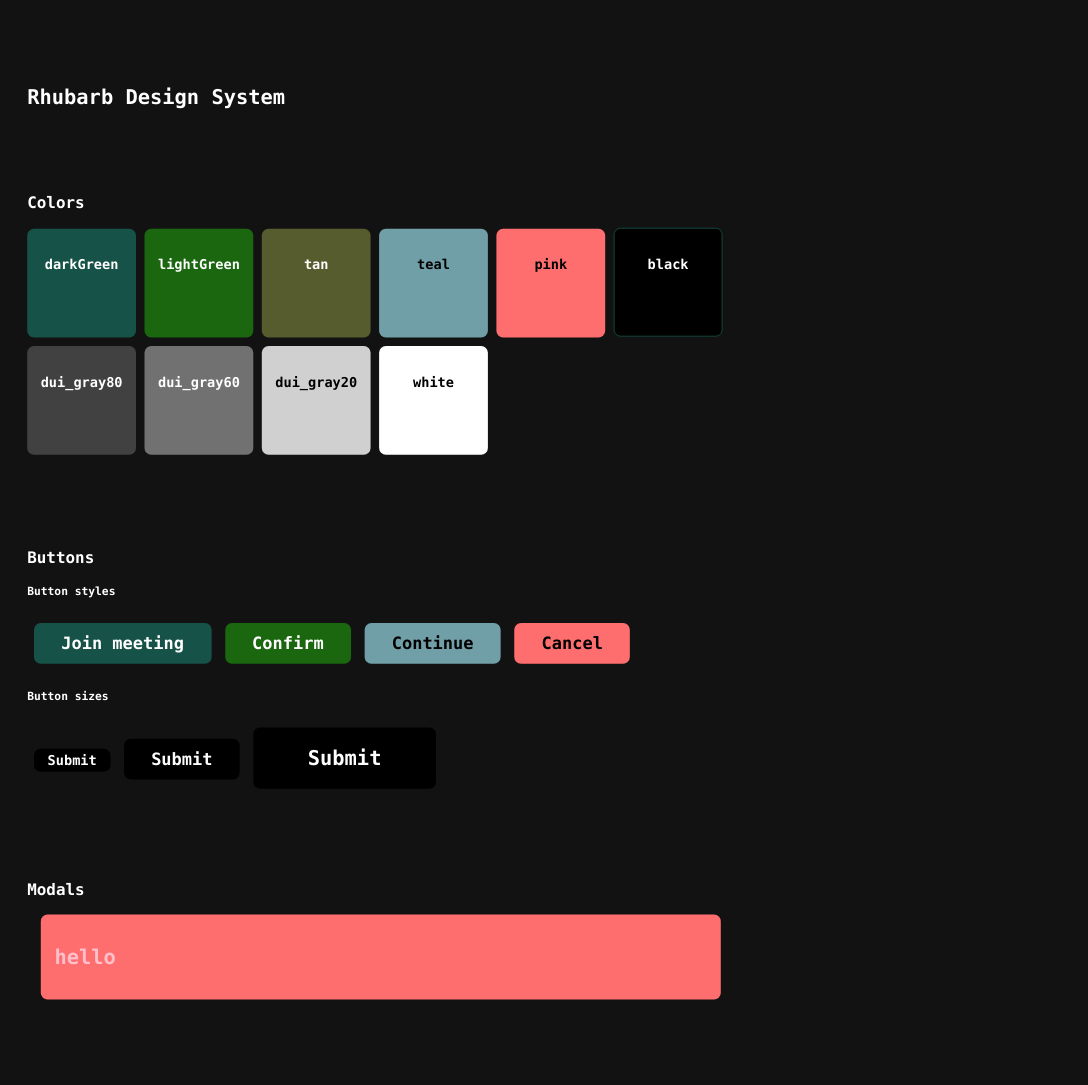
Repository: kttalley/designing-with-data_react-class
Page: / (app in lesson6_design-system-component-extension/)
The author's editor kept a copy of each file at every save. The page is drawn from the files as they stood at one save, then again after the next save.
The browser window is 1280 px wide. The pictures show the whole page, at 85% of full size.
The project was rebuilt for these pictures with package versions that can differ from the ones it lists, and the page was loaded fresh each time. Imported but missing from the stored project, and not drawn on this page: lesson6_design-system-component-extension/src/Rhubarb/Input.

Above is the page before, as saved 2023-08-31 14:50:37.

After the next save:
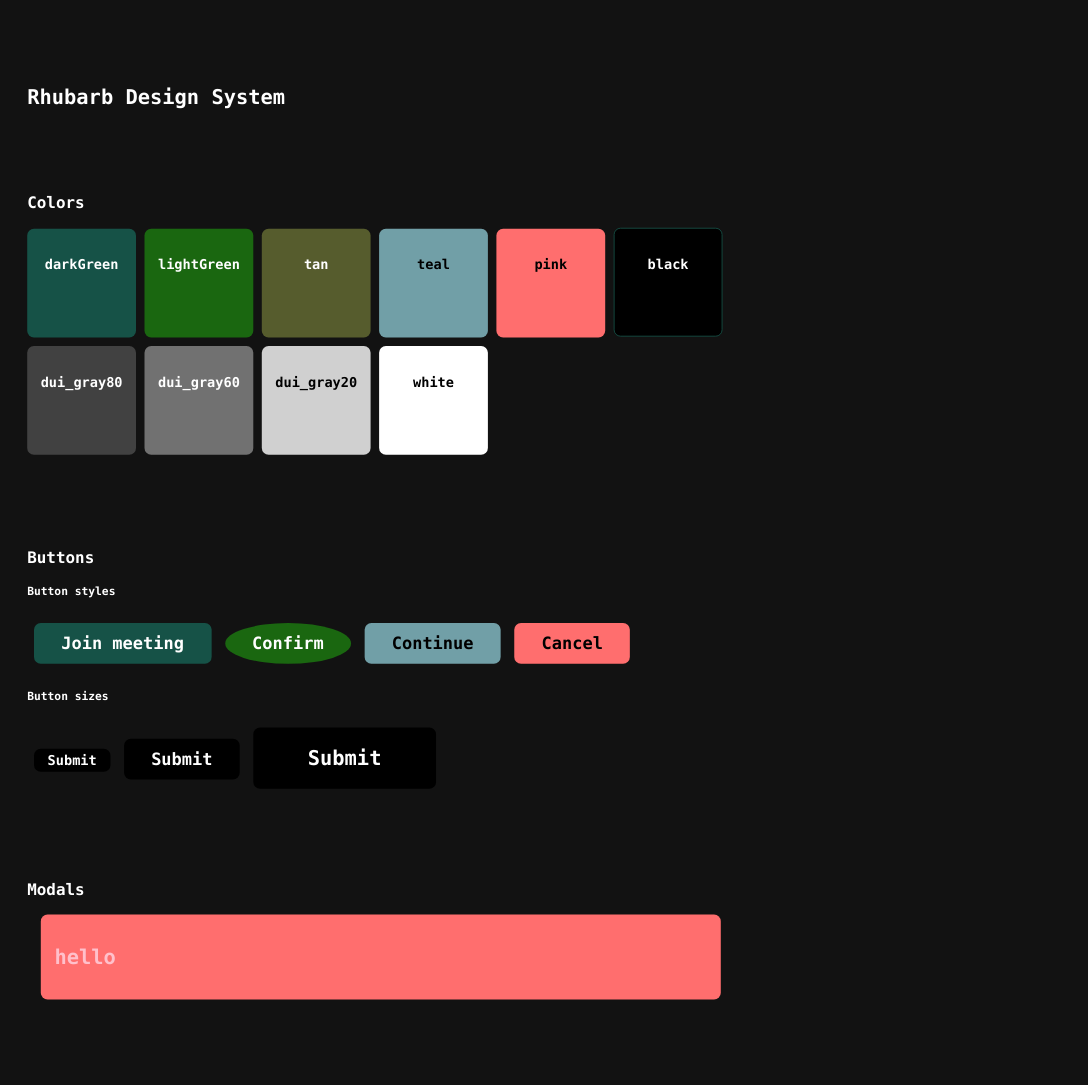
Saved 15 s later.
--- a/lesson6_design-system-component-extension/src/Rhubarb/Button.js
+++ b/lesson6_design-system-component-extension/src/Rhubarb/Button.js
@@ -30,7 +30,7 @@
       padding: ${space[3] + 6 + 'px'} ${space[5] + 'px'};
   ` }
 
-  ${props => props.rounded === 'pill' && css`
+  ${props => props.roundness === 'pill' && css`
     border-radius: 100%;
 
   `}

After the save that followed:
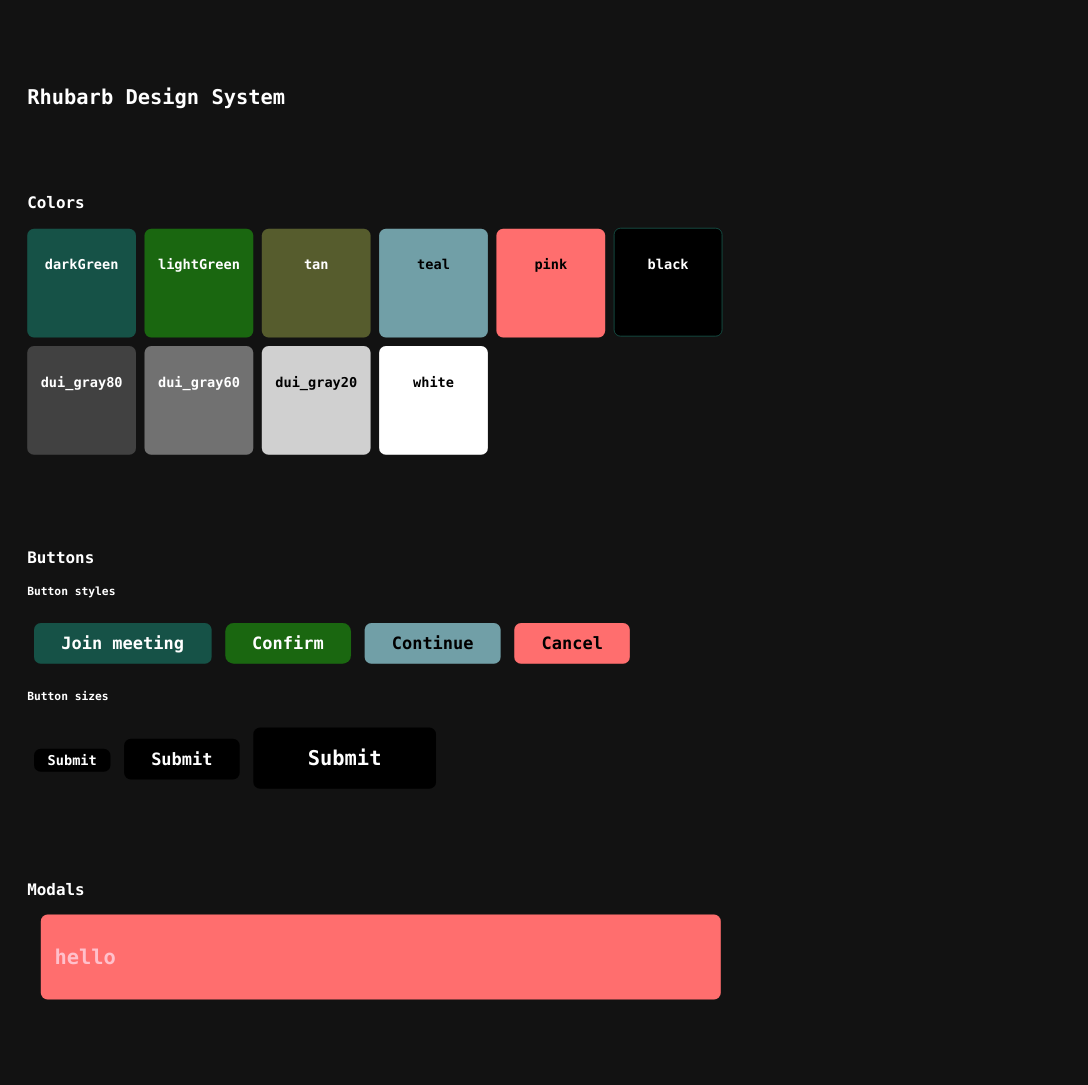
Saved 8 s later.
--- a/lesson6_design-system-component-extension/src/Rhubarb/Button.js
+++ b/lesson6_design-system-component-extension/src/Rhubarb/Button.js
@@ -31,7 +31,7 @@
   ` }
 
   ${props => props.roundness === 'pill' && css`
-    border-radius: 100%;
+    border-radius: 10px;
 
   `}
 `;
